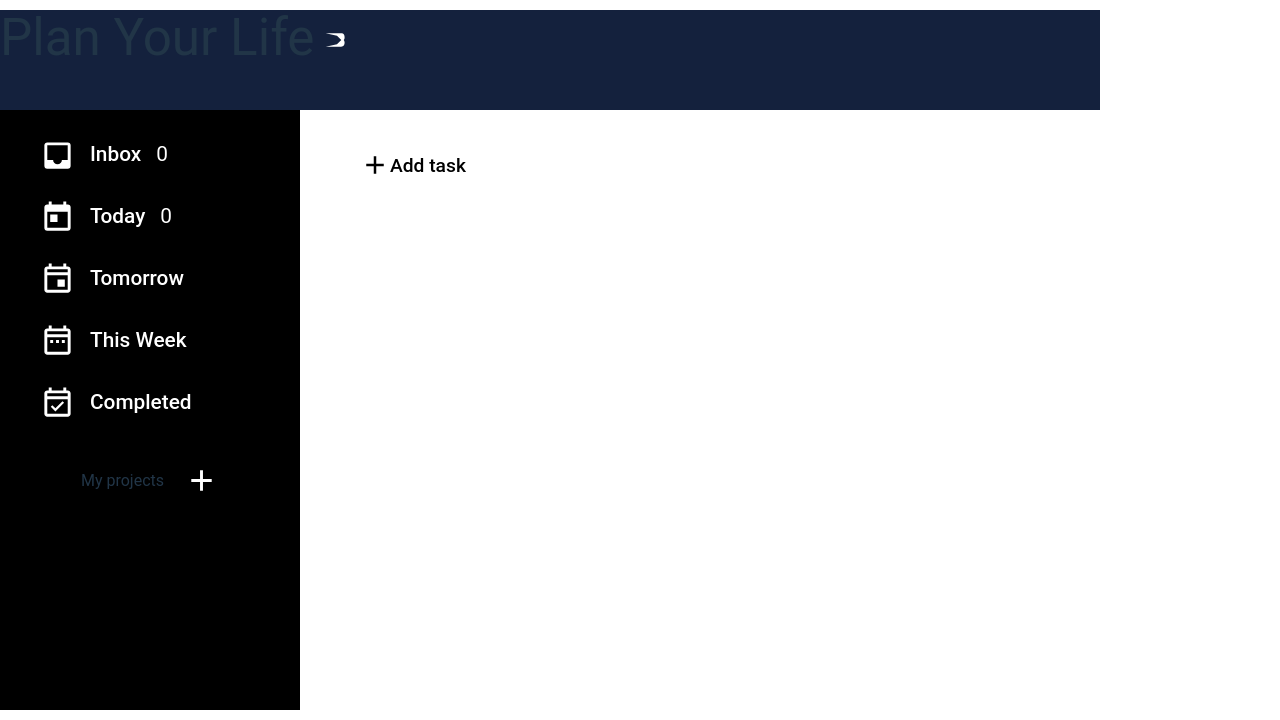
Repository: Bright-Anyawe/Todo_app_react
Page: /
An editor plug-in stored every save of this project. The page is shown before and after a run of saves, followed by the edit.
The browser window is 1280 px wide. The pictures show the whole page.
The project was rebuilt for these pictures with package versions that can differ from the ones it lists, and the page was loaded fresh each time. Also part of the build but not shown: vite.config.js, src/component/Routes/TodoDetails.jsx, src/component/Routes/Inbox.jsx, src/component/Routes/Today.jsx, src/component/Routes/Tomorrow.jsx, src/component/Routes/Project.jsx.

Above is the page before, as saved 2024-11-12 08:34:43.

After the next 8 saves:
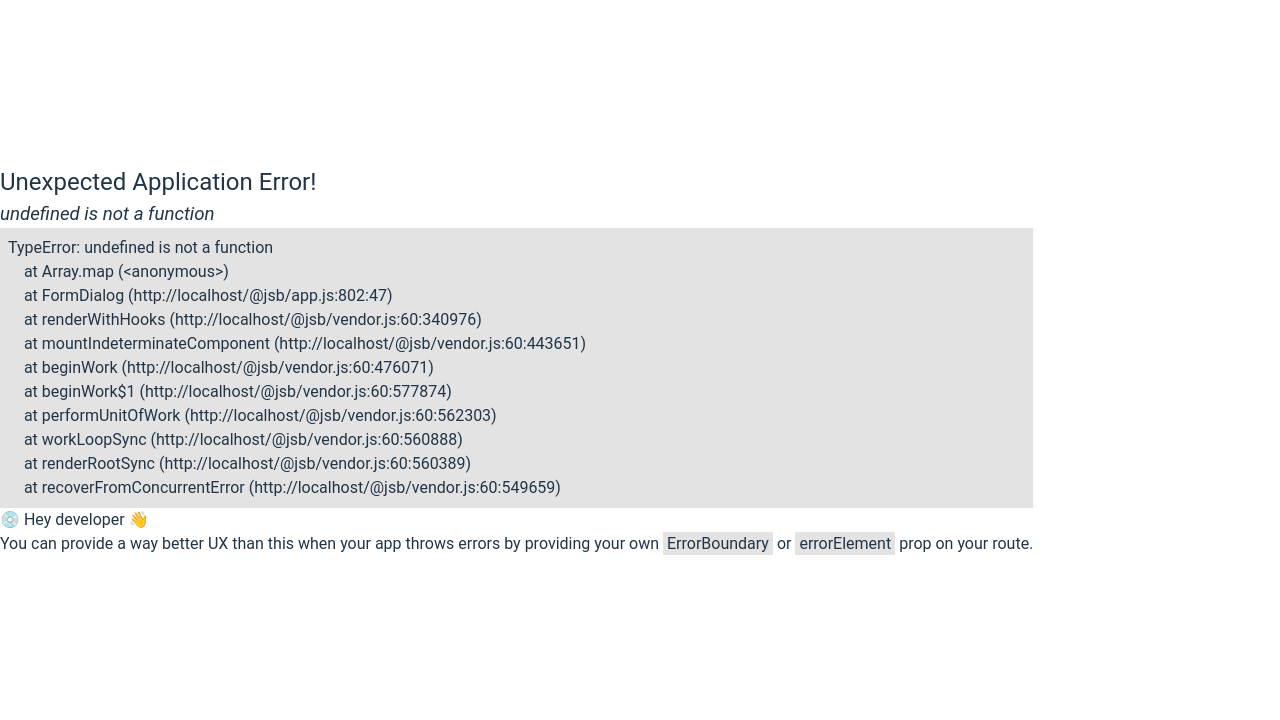
Console error: TypeError: undefined is not a function
The 8 saves are shown as one change because 3 did not build or start and some came seconds apart.
The last was saved 25 s later.
--- a/src/component/PopUp/Dialog.jsx
+++ b/src/component/PopUp/Dialog.jsx
@@ -190,9 +190,8 @@
             <Select name="projects" value={projects} onChange={handleChange}>
               <MenuItem value="inbox">Inbox</MenuItem>
 {
-  Array.isArray(projects) && {
-
-  }
+  Array.isArray(projects) &&
+  projects.map()
 }
               <MenuItem value="normal">Normal</MenuItem>
               <MenuItem value="important">Important</MenuItem>
